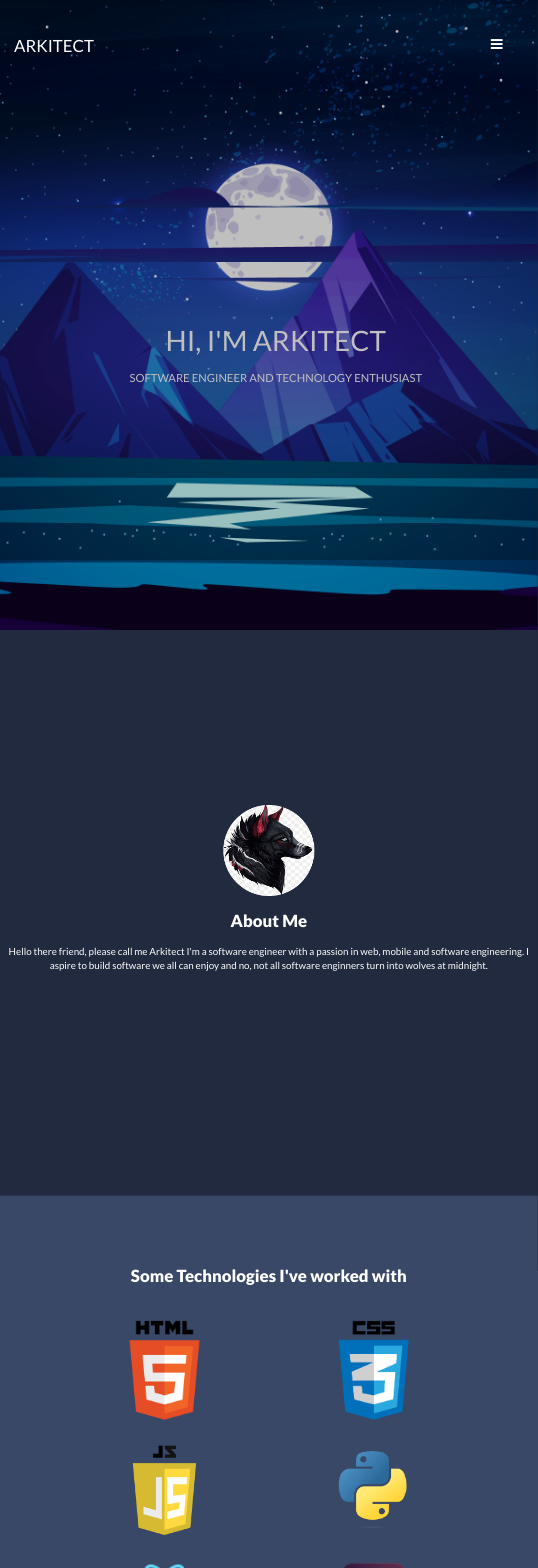
Repository: Arkitecth/personal-site
Page: index.html
These files come from the project's save history. The page is drawn as it stood at one moment and after the next save; the edit follows.
The browser window is 768 px wide. The pictures show the part of the page from y = 0 to 2240 px (the page is 3720 px tall), at 70% of full size.

Above is the page before, as saved 2023-08-20 14:45:06.

### index.html
<!DOCTYPE html>
<html lang="en">

<head>
    <meta charset="UTF-8">
    <meta http-equiv="X-UA-Compatible" content="IE=edge">
    <meta name="viewport" content="width=device-width, initial-scale=1.0">
    <link rel="preconnect" href="https://fonts.googleapis.com">
    <link rel="preconnect" href="https://fonts.gstatic.com" crossorigin>
    <link href="https://fonts.googleapis.com/css2?family=Lato:wght@300;400;900&display=swap" rel="stylesheet">
    <link rel="stylesheet" href="https://cdnjs.cloudflare.com/ajax/libs/font-awesome/6.4.0/css/all.min.css" integrity="sha512-iecdLmaskl7CVkqkXNQ/ZH/XLlvWZOJyj7Yy7tcenmpD1ypASozpmT/E0iPtmFIB46ZmdtAc9eNBvH0H/ZpiBw==" crossorigin="anonymous" referrerpolicy="no-referrer" />
    <link rel="stylesheet" href="styles.css">
    <link rel="stylesheet" href="https://cdnjs.cloudflare.com/ajax/libs/font-awesome/4.7.0/css/font-awesome.min.css">
    <title>Arkitect</title>
</head>

<body>
    <!-- Header -->
    <section id="title">
        <nav class="container">
            <a href="#title" class="logo">Arkitect</a>
            <ul class="links">
                <li><a href="#about">About </a></li>
                <li><a href="#skills">Skills </a></li>
                <li><a href="#projects">Projects</a></li>
                <li><a href="#contact">Contact</a></li>
            </ul>
            <a href="javascript:void(0);" class="icon" onclick="myFunction()">
                <i class="fa fa-bars"></i>
              </a>
        </nav>
        <div class="intro">
            <h1>Hi, I'm Arkitect</h1>
            <p>Software Engineer and Technology Enthusiast</p>
        </div>
    </section>

    <section id="about">
        <div class="about-page">
            <img class="profile-img" src="images/wolf-avatar.png" alt="wolf-avatar">
            <h2>About Me</h2>
            <p>Hello there friend, please call me Arkitect I'm a software engineer with a passion in web, mobile and
                software engineering.
                I aspire to build software we all can enjoy and no, not all software enginners turn into wolves at
                midnight.</p>
            </p>
        </div>
    </section>

    <section id="skills">
        <h2>Some Technologies I've worked with </h2>
        <div class="skill-section">
            <img src="images/html.png" alt="HTML Logo">
            <img src="images/css.png" alt="CSS Logo">
            <img src="images/js.png" alt="Javascript Logo">
            <img src="images/python.png" alt="Python Logo">
            <img src="images/react.png" alt="React Logo">
            <img src="images/bootstrap.png" alt="bootstrap">
            <img src="images/github.png" alt="github">
            <img src="images/jquery-image.png" alt="jquery-image">
            <img src="images/node-image.png" alt="jquery-image">
            <img src="images/mongo.png" alt="mongo images">
        </div>

    </section>

    <section id="projects">
        <h2>My Projects </h2>
        <div class="project-section">
            <a href="https://arkitecth.github.io/landing_page/"><img src="images/project1.png" alt="project"> </a>
            <a href="https://arkitecth.github.io/news-webpage/"><img src="images/project2.png" alt="project"> </a>
            <a href="https://arkitecth.github.io/pod-landing-page/"><img src="images/project3.png" alt="project"> </a>
            <a href="https://arkitecth.github.io/tip-calculator/"><img src="images/project4.png" alt="project"> </a>
            <a href="https://main--nimble-madeleine-d1b621.netlify.app/"> <img src="images/tic-tac-toe.png" alt="project"></a>
            <a href="https://arkitecth.github.io/todo-list/"> <img src="images/todolist.png" alt="project"></a>
        </div>
    </section>

    <section id="contact">
        <h2>Let's get in touch...</h2>
        <p>Have an idea for a project or interested on how I became a wolf</p>
        <a href="mailto:arkitecth005@gmail.com"><i class="fas fa-at"></i> Send a mail</a>
    </section>

    <script>
        function myFunction() {
            var x = document.querySelector(".links");
            if (x.style.display === "flex") {
                x.style.display = "none";
            } else {
                x.style.display = "flex";
            }
        }
    </script>
</body>

</html>

### styles.css

* {
    margin: 0;
    padding: 0;
}

body {
    font-family: 'Lato', sans-serif;
    color:#fff;
    background-color: #212A3E;
}


.container {
    max-width: 1200px;
    margin: 0 auto;
}



a {
    text-decoration: none;
    color: #fff;
}
#title {
    background: url(images/night_sky.jpg);
    background-size: cover;
    background-position: center;
    text-align: center;
    height: 900px;
    padding-left: 20px;
}

#title::before {
    content: '';
    position: absolute;
    background-color: #000;
    top: 0;
    left: 0;
    width: 100%;
    opacity: 0.25;
    height: 100%;
}

a.icon {
    display: none;
}

nav {
    display: flex;
    flex-direction: row;
    align-content: center;
    justify-content: space-between;
    padding-top: 50px;
    font-size: 1.24rem;
    overflow: hidden;
    position: relative;
}


nav ul {
    display: flex;
    list-style-type: none;
}

nav ul li {
    padding: 0 30px;
}

nav ul li a {
    padding: 5px;
}


.logo {
    font-size: 1.5rem;
    text-transform: uppercase;
}




nav ul li a:active,
nav ul li a:hover {
    background: #fff;
    color: #2b1055;
    border-radius: 10%;
}


.intro {
    display: flex;
    flex-direction: column;
    justify-content: flex-end;
    align-items: center;
    padding-top: 30px;
    height: 50vh;
    color: #fff;
    text-transform: uppercase;
}




.intro > h1 {
    font-size: 60px;
    margin-bottom: 20px;
    font-weight: normal;
}


/* About Section */

#about {
    padding-top: 150px;
}
.about-page {
    display: flex;
    align-items: center;
    flex-direction: column;
}

.profile-img {
    height: 130px;
    width: 130px;
    margin-top: 100px;
}

.about-page > p {
    width: 600px;
    font-size: 19px;
    color: white;
    margin-top: 20px;
    line-height: 2;
    text-align: center;
}
.about-page > h2 {
    color: white;
    margin-top: 20px;
    text-align: center;
}


/* Skill Section */
#skills{
    text-align: center;
    margin-top: 300px;
    padding: 100px;
    background-color:#394867;
}


.skill-section {
    display: grid;
    grid-template-rows: 1fr 1fr;
    grid-template-columns: repeat(5, 1fr);
    gap: 30px;
    justify-content: center;
    align-items: center;
    align-content: center;

}

#skills h2 {
    margin-bottom: 50px;
}

.skill-section img {
    width: 100px;
    margin: 0 auto;
}


#projects {
    text-align: center;
    padding-top: 150px;
    padding: 100px;
}

#projects h2 {
    margin-top: 90px;
}


.project-section img {
    width: 100%;
}

.project-section {
    display: grid;
    grid-template-columns: repeat(3, auto);
    gap: 30px;
    margin-top: 70px;
}



/* Contact Form */
#contact {
    text-align: center;
    padding-top: 150px;
    padding: 100px;
    background-color:#394867;
}

#contact h2{
    margin-top: 90px;
}

#contact h2, #contact p, #contact a {
    padding: 10px;
}

footer {
    background-color: #9DB2BF;
    text-align: center;
    /* color: #212A3E; */
}

footer a {
   padding: 30px;
   /* color: #212A3E; */
}

footer p {
    margin-top: 20px;
}


@media screen and (min-width:769px) {
    .container .links {
        display: flex !important;
      }
}


@media screen and (max-width:768px) {
    .container .links {
        display: none;
      }

      .intro {
        margin-top: 200px;
      }

      .intro h1 {
        font-size: 40px;
      }

      .links li {
        margin-top: 30px;
        padding: 20px;

      }
      .links {
        flex-direction: column;
        background: #212A3E;
      }

      .about-page > p {
        width: fit-content;
        font-size: 14px;
        text-align: center;
        line-height: 1.4;
      }

      .intro {
        height: 30vh;
      }

      .skill-section {
        grid-template-rows: 1fr 1fr;
        grid-template-columns: repeat(2, 1fr);
      }

      img {
        width: 20%;
      }

      a.icon {
        display: block;
        position: absolute;
        right: 50px;
        top: 50px;
      }
}

After the next save:
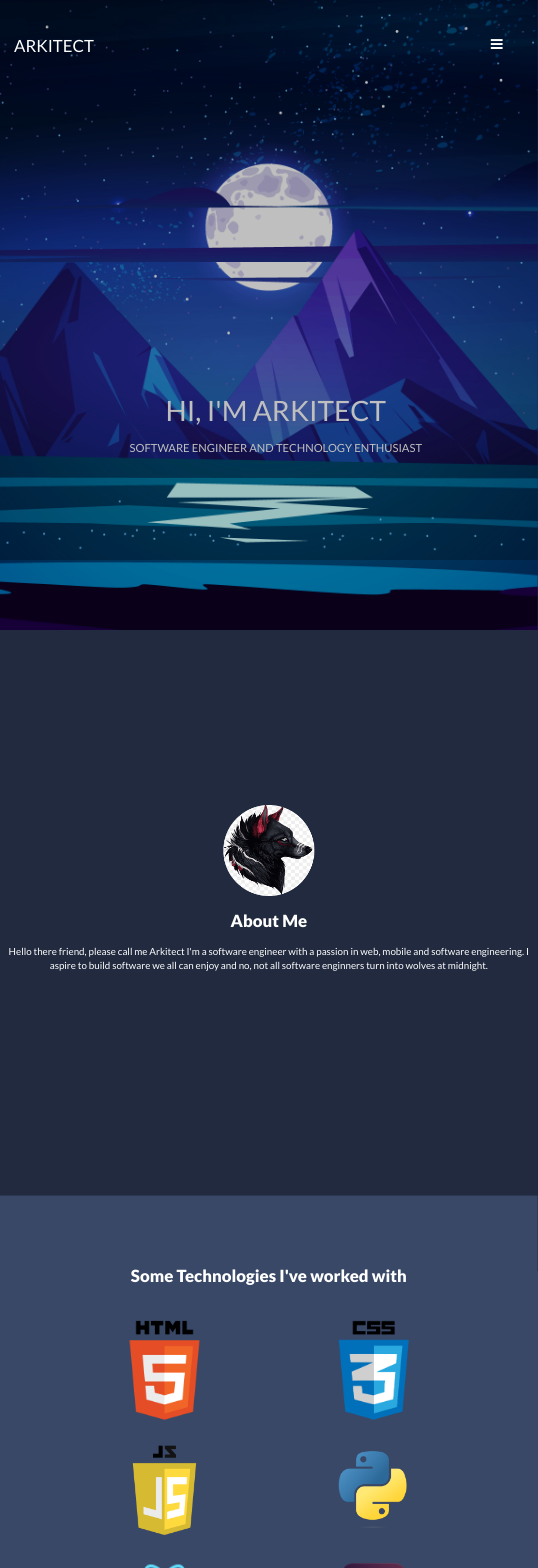
Saved 7 s later.
--- a/styles.css
+++ b/styles.css
@@ -240,7 +240,7 @@
       }
 
       .intro {
-        margin-top: 200px;
+        margin-top: 300px;
       }
 
       .intro h1 {
